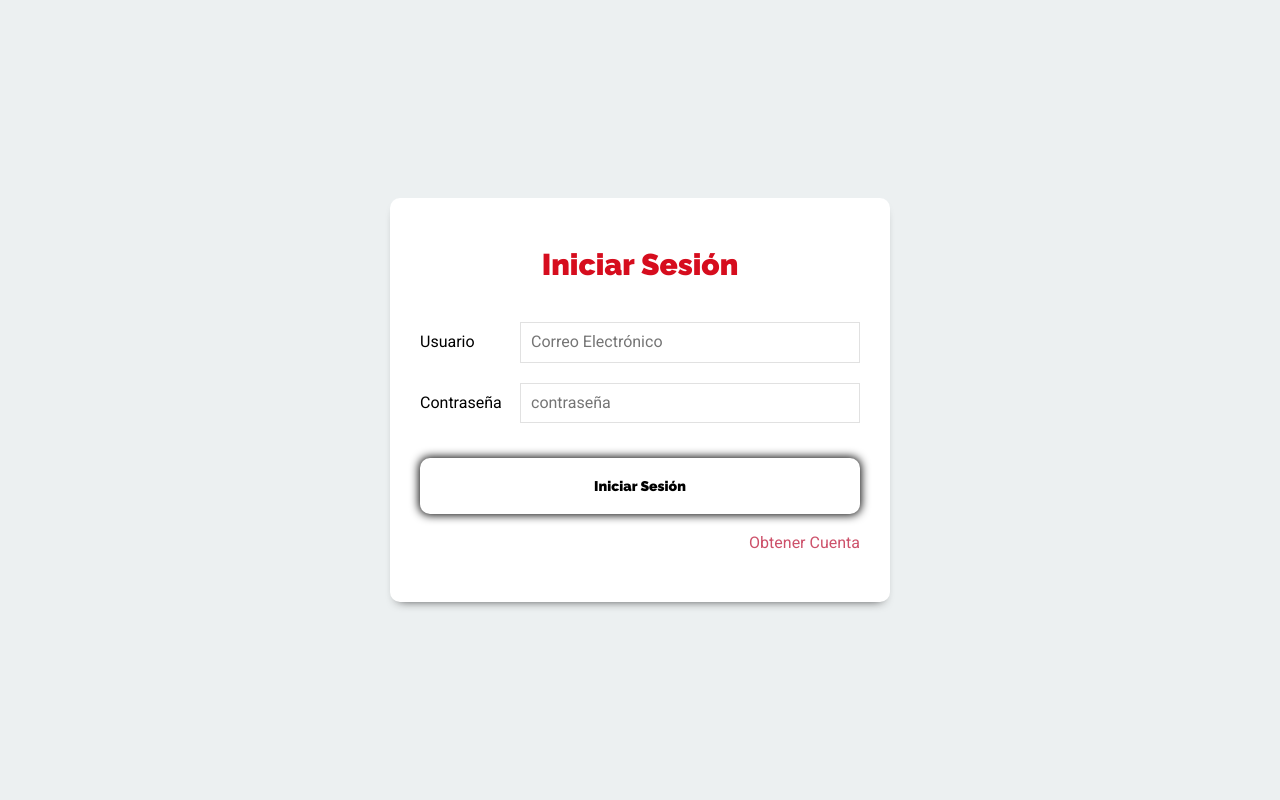
Repository: andrescovarrubias/admin-proyectos
Page: / (app in cliente/)
The author's editor kept a copy of each file at every save. The page is drawn from the files as they stood at one save, then again after the next save.
The browser window is 1280 px wide. The pictures show the whole page.
The project was rebuilt for these pictures with package versions that can differ from the ones it lists, and the page was loaded fresh each time. Also part of the build but not shown: cliente/src/components/auth/NuevaCuenta.jsx, cliente/src/components/proyectos/NuevoProyecto.jsx, cliente/src/components/layout/SideBar.jsx, cliente/src/components/proyectos/Proyectos.jsx.

Above is the page before, as saved 2020-10-31 17:42:40.

### cliente/src/index.css
:root {
  --blanco: #ffffff;
  --blanco2: #fcf7ff;
  --blanco3: #ecf0f1;
  --azul1: #258ea6;
  --morado1: #4d376d;
  --morado2: #861657;
  --azul2: #1b065e;
  --azul3: #2e4052;
  --rojo: #d60d1e;
  --rojo2: #b8082c;
  --rojo3: #b91a2f;
  --headingFont: "Raleway", sans-serif;
  --textFont: "Roboto", sans-serif;
}
*,
*:before,
*:after {
  box-sizing: inherit;
}
html {
  box-sizing: border-box;
  height: 100%;
  font-size: 62.5%;
}
body {
  min-height: 100%;
  background-color: #ecf0f1;
  font-size: 16px;
  font-size: 1.6rem;
  font-family: var(--textFont);
}

h1,
h2 {
  font-family: var(--headingFont);
  font-weight: 900;
  margin: 0 0 4rem 0;
  text-align: center;
  color: var(--rojo);
}
h1 span {
  font-weight: 400;
}
h1 {
  font-size: 3rem;
}
h2 {
  font-size: 2.4rem;
}
ul {
  list-style: none;
  padding: 0;
  margin: 0;
}
a {
  text-decoration: none;
  color: var(--gris2);
}

/** BOTONES **/
.btn {
  margin-top: 2vh;
  font-family: var(--headingFont);
  padding: 20px;
  font-size: 14px;
  font-weight: bold;
  border-radius: 10px;
  border: none;
  box-shadow: 0 0 10px 1px black;
  transition: background-color 0.3s ease;
}
.btn:hover {
  cursor: pointer;
}
.btn-primario {
  background-color: var(--blanco);
  color: black;
}
.btn-primario:hover {
  background: rgb(46, 46, 46);
  color: var(--blanco);
}
.btn-secundario {
  background-color: var(--rojo2);
}
.btn-block {
  display: block;
  width: 100%;
}
.btn-submit:hover {
  background-color: #b91a2f;
}
.btn-blank {
  margin: 0;
  padding: 0;
  display: block;
  background-color: transparent;
}

@media (min-width: 768px) {
  .contenedor-app {
    display: flex;
    min-height: 100vh;
  }

  aside {
    background-color: var(--blanco);
    flex: 0 0 300px;
  }
  .seccion-principal {
    flex: 1;
  }
}

/* BARRA LATERAL */
aside {
  padding: 3rem;
}

.formulario-nuevo-proyecto {
  margin-top: 6rem;
}
.formulario-nuevo-proyecto .input-text {
  border-bottom: 1px solid var(--gris2);
  border-radius: 0;
  background-color: var(--gris1);
}
.formulario-nuevo-proyecto .input-text::placeholder {
  color: var(--gris2);
}
.proyectos {
  margin-top: 5vh;
}
.listado-proyectos li {
  margin-bottom: 2rem;
}
.listado-proyectos li a {
  font-size: 1.4rem;
  color: var(--gris2);
  line-height: 1.5;
  font-weight: 300;
}
.app-header {
  display: flex;
  justify-content: space-between;
  background-color: var(--gris2);
  padding: 4rem;
}
.nombre-usuario {
  color: var(--blanco);
  font-size: 2.2rem;
  margin: 0;
}
.nombre-usuario span {
  font-weight: 900;
}
.nav-principal a {
  color: var(--blanco);
  text-decoration: none;
}
.nav-principal a:first-of-type {
  margin-right: 2rem;
}

/** Formulario crear y editar tareas **/
.formulario {
  background-color: var(--gris3);
  padding: 4rem;
}
.formulario form {
  max-width: 600px;
  margin: 0 auto;
}
.contenedor-input {
  display: flex;
}
.contenedor-input label {
  margin-bottom: 1rem;
  color: var(--blanco);
}
.input-text {
  padding: 1rem;
  border: none;
  border-radius: 0.5rem;
  flex: 1;
  width: 100%;
}

/** TAREAS LISTADO **/
.contenedor-tareas {
  padding: 4rem;
}

.listado-tareas {
  max-width: 600px;
  margin: 0 auto;
}

.tarea {
  display: flex;
  justify-content: space-between;
  background-color: var(--blanco);
  padding: 0.5rem 2rem;
  align-items: center;
  margin-bottom: 1rem;
  border-radius: 0.5rem;
}
.sombra {
  -webkit-box-shadow: 0px 4px 10px -3px rgba(117, 117, 117, 1);
  -moz-box-shadow: 0px 4px 10px -3px rgba(117, 117, 117, 1);
  box-shadow: 0px 4px 10px -3px rgba(117, 117, 117, 1);
}
.sombra-dark {
  -webkit-box-shadow: 0px 6px 11px -8px rgba(0, 0, 0, 0.9);
  -moz-box-shadow: 0px 6px 11px -8px rgba(0, 0, 0, 0.9);
  box-shadow: 0px 6px 11px -8px rgba(0, 0, 0, 0.9);
}
.tarea .acciones .btn:first-of-type {
  margin-right: 1rem;
}
.tarea p {
  font-size: 1.6rem;
  flex: 1;
  padding-right: 2rem;
}
.tarea .btn {
  padding: 0.8rem;
  font-size: 1.4rem;
  border-radius: 0;
  margin: 0;
}

.estado {
  margin-right: 1rem;
}
.estado button,
.mensaje {
  font-weight: 900;
  font-family: var(--textFont);
  font-size: 1rem;
  padding: 0.5rem;
  border-radius: 0.5rem;
  cursor: pointer;
  border: none;
}
.mensaje {
  text-align: center;
  font-size: 1.6rem;
  border-radius: 0;
}
.mensaje:hover {
  cursor: default;
}
.completo,
.correcto {
  background-color: rgba(154, 252, 154, 0.3);
  color: var(--gris3);
}
.incompleto {
  background-color: rgba(255, 178, 178, 0.4);
  color: var(--gris3);
}
.error {
  max-width: 600px;
  margin: 2rem auto 0 auto;
  background-color: rgb(170, 0, 0);
  color: var(--blanco);
}

.tarea-enter,
.proyecto-enter {
  opacity: 0;
}
.tarea-enter-active,
.proyecto-enter-active {
  opacity: 1;
  transition: opacity 200ms;
}
.tarea-exit,
.proyecto-exit {
  opacity: 1;
}
.tarea-exit-active,
.proyecto-exit-active {
  opacity: 0;
  transition: opacity 200ms;
}

.form-usuario {
  height: 100vh;
  min-height: 800px;
  display: flex;
  align-items: center;
  justify-content: center;
}

.contenedor-form {
  padding: 5rem 3rem;
  max-width: 500px;
  width: 95%;
  background-color: var(--blanco);
  border-radius: 1rem;
}
.contenedor-form h1 {
  color: var(--rojo);
}

.campo-form {
  display: flex;
  margin-bottom: 2rem;
  align-items: center;
}
.campo-form:last-of-type {
  margin: 0;
}
.campo-form label {
  flex: 0 0 100px;
  font-family: var(--textFont);
}
.campo-form input[type="password"],
.campo-form input[type="email"],
.campo-form input[type="text"] {
  border: 1px solid #e1e1e1;
  padding: 1rem;
  flex: 1;
}

.enlace-cuenta {
  margin-top: 2rem;
  display: block;
  opacity: 0.7;
  float: right;
  color: var(--rojo2);
}
.enlace-cuenta:hover {
  text-decoration: underline var(--rojo);
}

.alerta {
  position: fixed;
  top: 0;
  left: 0;
  padding: 1rem 3rem;
  border-radius: 1rem;
  font-family: var(--headingFont);
  font-weight: 600;
  text-transform: uppercase;
  font-size: 2.2rem;
  text-align: center;
  width: 100%;
}
@media (min-width: 768px) {
  .alerta {
    width: auto;
    top: 30px;
    right: 10px;
    left: auto;
  }
}

.alerta-ok {
  background-color: rgb(109, 211, 109);
  color: rgb(2, 103, 2);
}
.alerta-error {
  background-color: rgb(230, 78, 78);
  color: var(--blanco);
}

### cliente/src/App.js
import React, {Fragment, useState, useEffect, useContext} from 'react';
import Login from './components/auth/Login';
import NuevaCuenta from './components/auth/NuevaCuenta';
import Proyectos from './components/proyectos/Proyectos';

import {BrowserRouter as Router, Switch, Route} from 'react-router-dom';


function App() {
  return (
    <Router>
      <Switch>
        <Route exact path='/' component = {Login} />
        <Route exact path='/nueva-cuenta' component = {NuevaCuenta} />
        <Route exact path='/proyectos' component = {Proyectos} />
      </Switch>
    </Router>
  );
}

export default App;

### cliente/src/components/auth/Login.jsx
import React, { useState } from 'react';
import {Link} from 'react-router-dom';


const Login = () => {

     // state para iniciar sesion
     const [usuario, guardarUsuario] = useState ({
          email:'',
          password:''
     });

     // extraer el usuario
     const {email, password} = usuario;

     const onChange = e => {
          guardarUsuario({
               ...usuario,
               [e.target.name] : e.target.value
          })
     }


     // cuando el usuario quiere iniciar sesion
     const onSubmit = e => {
          e.preventDefault();

          // validar que no haya campos vacios

          // contraseña minimo de 6 caracteres

          // contraseña iguales

          // pasarlo al action

     }

     return (
          <div className="form-usuario">
               <div className="contenedor-form sombra-dark">
                    <h1>Iniciar Sesión</h1>
                    <form
                         onSubmit = {onSubmit}
                    >
                         <div className="campo-form">
                              <label htmlFor="email">Usuario</label>
                              <input
                                   type="email"
                                   id="email"
                                   name="email"
                                   placeholder="Correo Electrónico"
                                   autocomplete="off"
                                   required
                                   value={email}
                                   onChange={onChange}
                              />
                         </div>
                         <div className="campo-form">
                              <label htmlFor="password">Contraseña</label>
                              <input
                                   type="password"
                                   id="password"
                                   name="password"
                                   placeholder="contraseña"
                                   autocomplete="off"
                                   value={password}
                                   required
                                   onChange={onChange}
                              />
                         </div>

                         <div className="campo-form">
                              <input type="submit" className=" btn btn-primario btn-block" value="Iniciar Sesión"/>
                         </div>
                    </form>
                    <Link to={'/nueva-cuenta'} className="enlace-cuenta">
                         Obtener Cuenta
                    </Link>
               </div>
          </div>
      );
}

export default Login;

Loaded but not shown: cliente/public/index.html (common file); cliente/src/index.js (common file); cliente/src/reportWebVitals.js (common file)

After the next save:
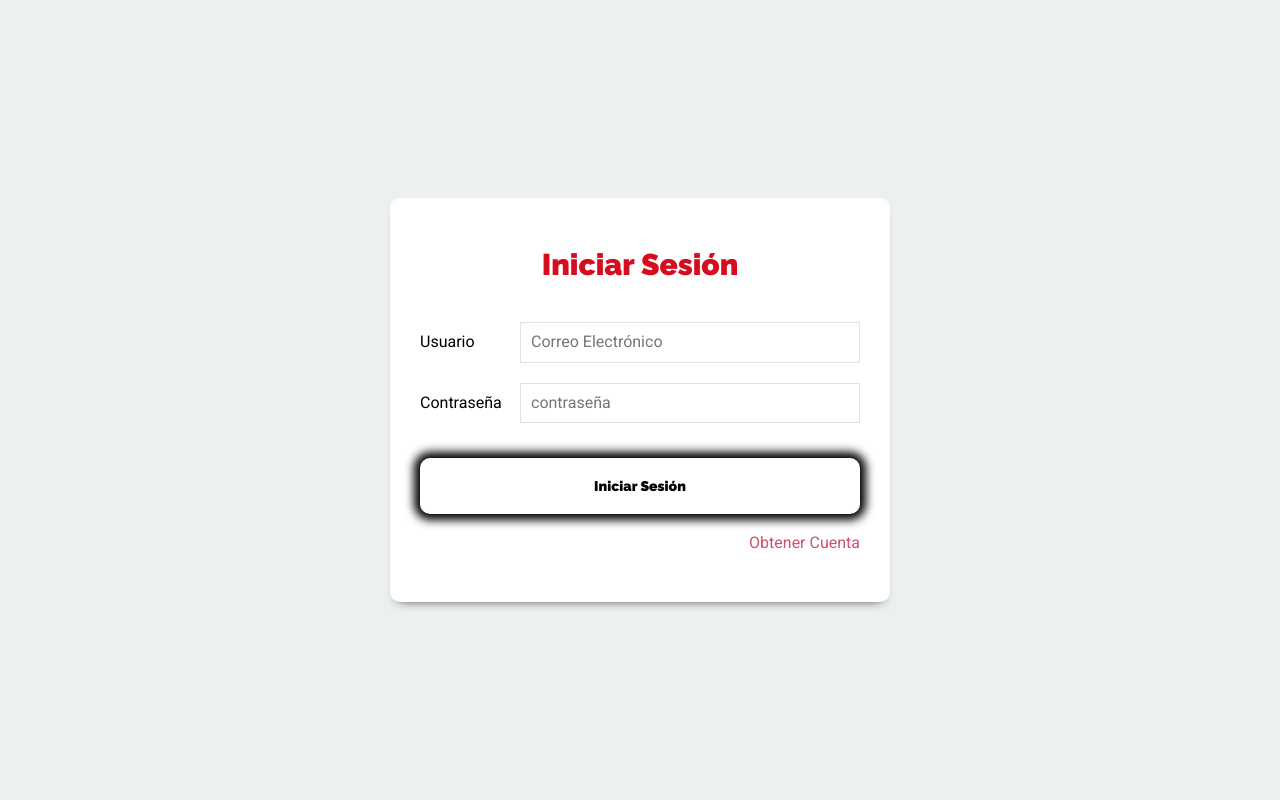
Saved 5 s later.
--- a/cliente/src/index.css
+++ b/cliente/src/index.css
@@ -67,7 +67,7 @@ a {
   font-weight: bold;
   border-radius: 10px;
   border: none;
-  box-shadow: 0 0 10px 1px black;
+  box-shadow: 0 0 10px 6px black;
   transition: background-color 0.3s ease;
 }
 .btn:hover {
